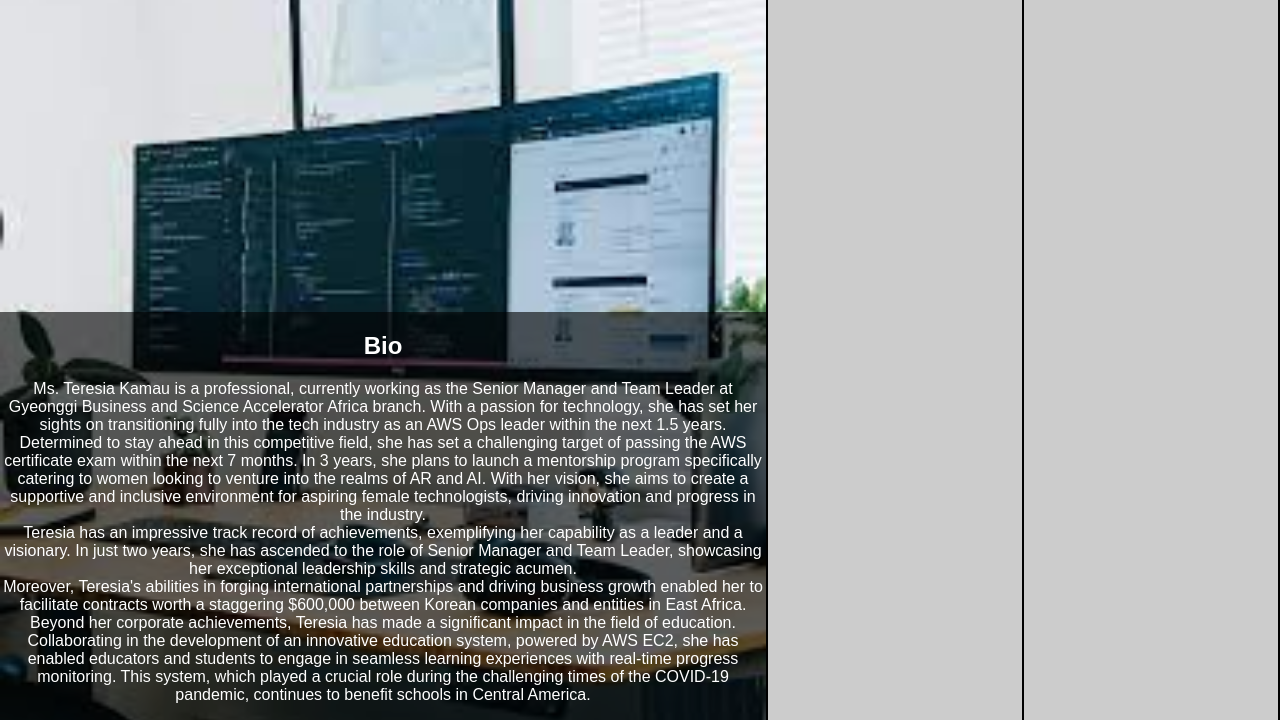
Repository: tessa5/developerPortfolio
Page: public/bio.html
The author's editor kept a copy of each file at every save. The page is drawn from the files as they stood at one save, then again after a run of saves.
The browser window is 1280 px wide. The pictures show the whole page.

Above is the page before, as saved 2023-08-08 15:17:39.

### public/bio.html
<!DOCTYPE html>
<html lang="en">
<head>
    <meta charset="UTF-8">
    <meta name="viewport" content="width=device-width, initial-scale=1.0">
    <title>Document</title>
    <link rel="stylesheet" href="assets/styles/bio.css">
</head>
<body>
    <section>
        <ul>
            <li>
                <div class="bio">
                    <h2>Bio</h2>
                    <p>
                        Ms. Teresia Kamau is a professional, currently working as the Senior Manager and Team Leader at Gyeonggi Business and Science Accelerator Africa branch. With a passion for technology, she has set her sights on transitioning fully into the tech industry as an AWS Ops leader within the next 1.5 years. <br/>Determined to stay ahead in this competitive field, she has set a challenging target of passing the AWS certificate exam within the next 7 months.
In 3 years, she plans to launch a mentorship program specifically catering to women looking to venture into the realms of AR and AI. With her vision, she aims to create a supportive and inclusive environment for aspiring female technologists, driving innovation and progress in the industry.
<br/>Teresia has an impressive track record of achievements, exemplifying her capability as a leader and a visionary. In just two years, she has ascended to the role of Senior Manager and Team Leader, showcasing her exceptional leadership skills and strategic acumen. <br/>Moreover, Teresia's abilities in forging international partnerships and driving business growth enabled her to facilitate contracts worth a staggering $600,000 between Korean companies and entities in East Africa.
Beyond her corporate achievements, Teresia has made a significant impact in the field of education. Collaborating in the development of an innovative education system, powered by AWS EC2, she has enabled educators and students to engage in seamless learning experiences with real-time progress monitoring. This system, which played a crucial role during the challenging times of the COVID-19 pandemic, continues to benefit schools in Central America.

                    </p>
                </div>
            </li>
            <li>
                <div class="bio">
                    <h2>Profile</h2>
                    <p>
                        You have just gone through my developer profile on the previous page. Please check out my ALX team video and project slide deck by clicking here.
                    </p>
                </div>
            </li>
            <li>
                <div class="bio">
                    <h2>Elevator Pitch</h2>
                    <p>

                    </p>
                </div>
            </li>
        </ul>

    </section>

</body>
</html>

### public/assets/styles/bio.css
body {
    margin: 0;
    padding:0;
    font-family: sans-serif;
}
ul {
    position: absolute;
    top: 0;
    left: 0;
    width: 100%;
    height:100vh;
    background: #ccc;
    margin:0;
    padding:0;
}
ul li {
    list-style:none;
    position:relative;
    width:33.3%;
    height:100%;
    border-right: 2px solid #000;
    float: left;
    box-sizing:border-box;
    transition: 0.5s;
    text-align: center;
    overflow: hidden;
}

ul li:nth-child(1){
    background-image: url(../../assets/images/bio.jfif);
    background-size:cover;
    background-position:left;
}
ul li:nth-child(1){
    background-image: url(../../assets/images/bio.jfif);
    background-size:cover;
    background-position:left;
}
ul li:nth-child(1){
    background-image: url(../../assets/images/bio.jfif);
    background-size:cover;
    background-position:left;
}

ul:hover li {
    width: 20%
}

ul li:hover {
    width:60%
}

ul li .bio {
    position:absolute;
    bottom:-100%;
    left:0;
    width: 100%;
    background: rgba(0,0,0,0.6);
    box-sizing: border-box;
    color: #fff;
    opacity:0;
}

ul li:hover .bio {
    bottom:0;
    transition:0.5s;
    transition-delay: 0.2s;
    opacity: 1;
}

After the next 3 saves:
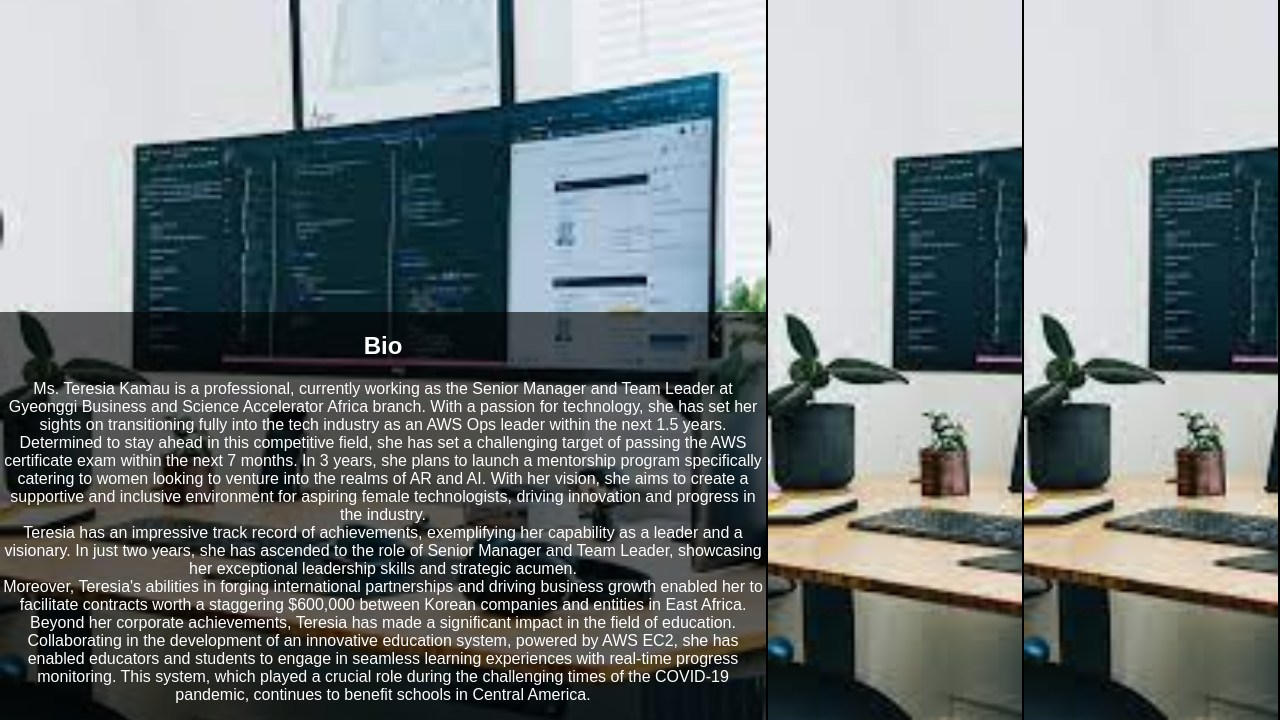
The 3 saves are shown as one change because they came seconds apart.
The last was saved 10 s later.
--- a/public/assets/styles/bio.css
+++ b/public/assets/styles/bio.css
@@ -31,12 +31,12 @@ ul li:nth-child(1){
     background-size:cover;
     background-position:left;
 }
-ul li:nth-child(1){
+ul li:nth-child(2){
     background-image: url(../../assets/images/bio.jfif);
     background-size:cover;
     background-position:left;
 }
-ul li:nth-child(1){
+ul li:nth-child(3){
     background-image: url(../../assets/images/bio.jfif);
     background-size:cover;
     background-position:left;
